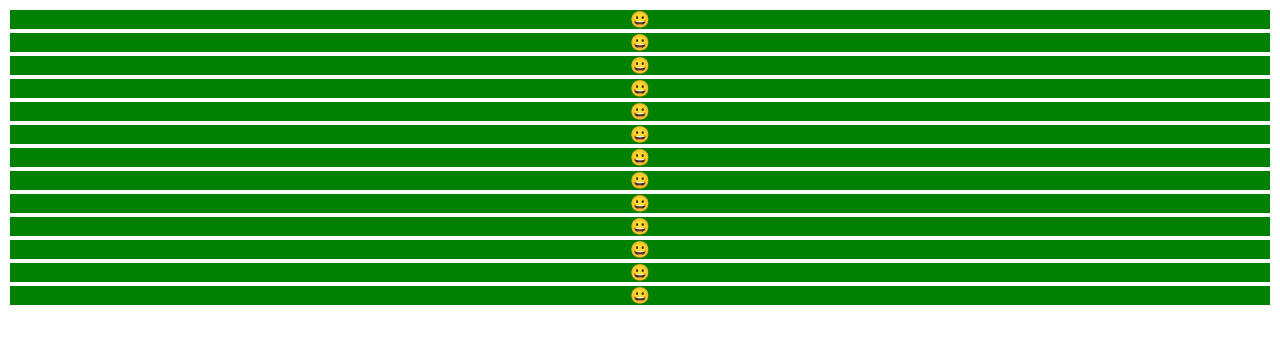
Repository: Sarah7223/internet-programming-tp
Page: TP1/ex5.html
An editor plug-in stored every save of this project. The page is shown before and after the next save, followed by the edit.
The browser window is 1280 px wide. The pictures show the whole page.

Above is the page before, as saved 2022-12-26 15:09:48.

### TP1/ex5.html
<html>
    <head>
        <style>
            .grid{
                display: grid;
                grid-template-columns: repeat(3, [col-start]);
            }
            .box{
                background-color: green;
                margin: 2px;
                text-align: center;
            }
        </style>
    </head>
    <body>
        <div class="grid">
            <div class="box">&#x1F600;</div>
            <div class="box">&#x1F600;</div>
            <div class="box">&#x1F600;</div>
            <div class="box">&#x1F600;</div>
            <div class="box">&#x1F600;</div>
            <div class="box">&#x1F600;</div>
            <div class="box">&#x1F600;</div>
            <div class="box">&#x1F600;</div>
            <div class="box">&#x1F600;</div>
            <div class="box">&#x1F600;</div>
            <div class="box">&#x1F600;</div>
            <div class="box">&#x1F600;</div>
            <div class="box">&#x1F600;</div>
        </div>
    </body>
</html>

After the next save:
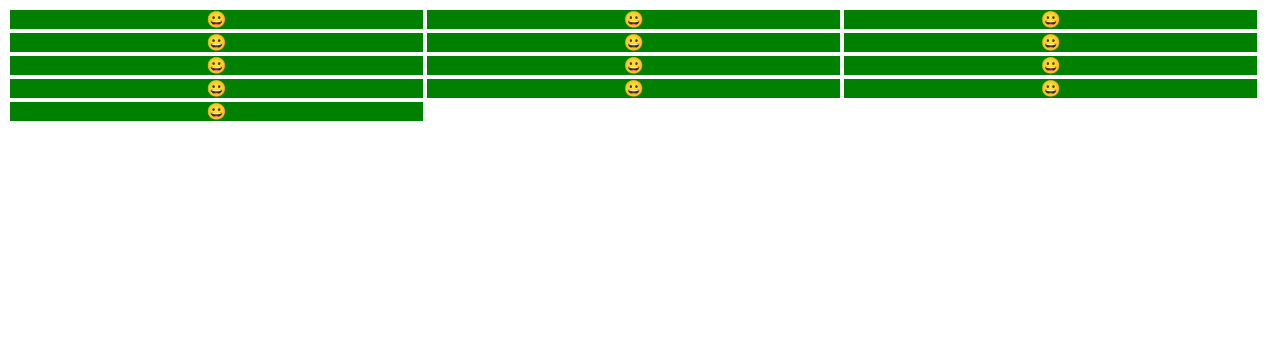
Saved 5 s later.
--- a/TP1/ex5.html
+++ b/TP1/ex5.html
@@ -3,7 +3,7 @@
         <style>
             .grid{
                 display: grid;
-                grid-template-columns: repeat(3, [col-start]);
+                grid-template-columns: repeat(3, 33% [col-start]);
             }
             .box{
                 background-color: green;
